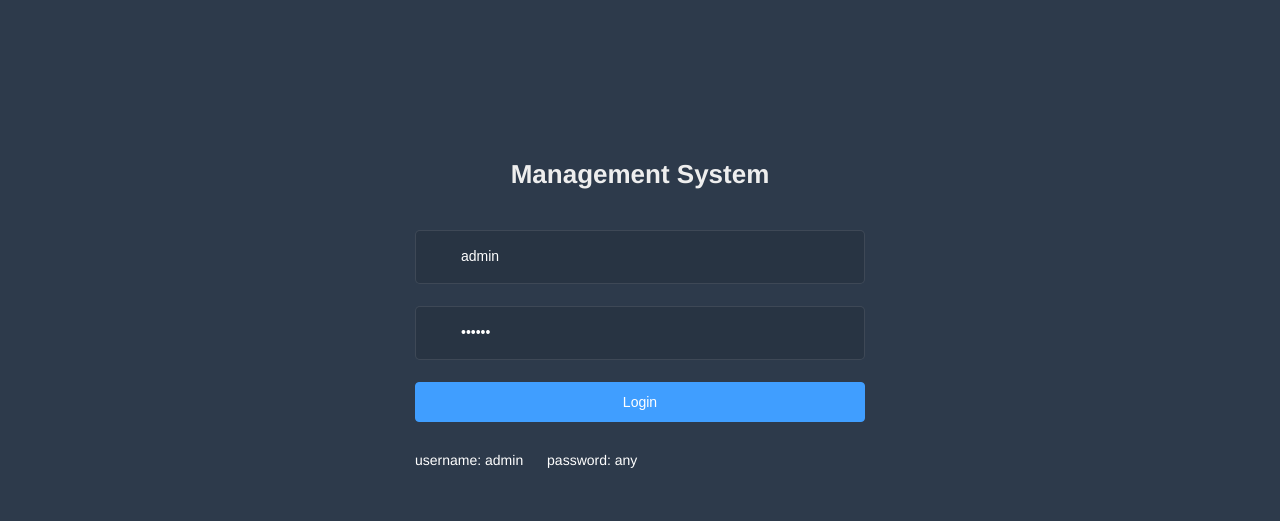
Repository: suncker1/sysma
Page: /
These files come from the project's save history. The page is drawn as it stood at one moment and after the next save; the edit follows.
The browser window is 1280 px wide. The pictures show the whole page.
The project was rebuilt for these pictures with package versions that can differ from the ones it lists, and the page was loaded fresh each time. Also part of the build but not shown: vue.config.js, src/components/Breadcrumb/index.vue, src/components/Hamburger/index.vue, src/layout/components/Navbar.vue, src/layout/components/Sidebar/Logo.vue, src/layout/components/Sidebar/Item.vue, src/layout/components/Sidebar/Link.vue, src/layout/components/Sidebar/FixiOSBug.js and 7 more.

Above is the page before, as saved 2020-09-25 12:42:09.

After the next save:
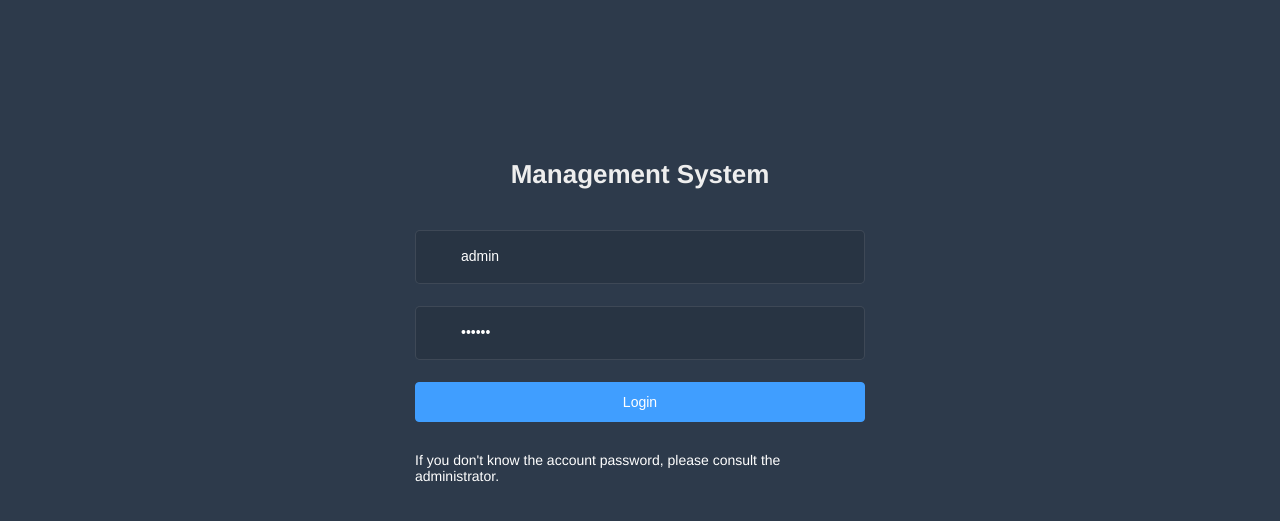
Saved 3 min 9 s later.
--- a/src/views/login/index.vue
+++ b/src/views/login/index.vue
@@ -44,8 +44,7 @@
       <el-button :loading="loading" type="primary" style="width:100%;margin-bottom:30px;" @click.native.prevent="handleLogin">Login</el-button>
 
       <div class="tips">
-        <span style="margin-right:20px;">username: admin</span>
-        <span> password: any</span>
+        <span>If you don't know the account password, please consult the administrator.</span>
       </div>
 
     </el-form>
